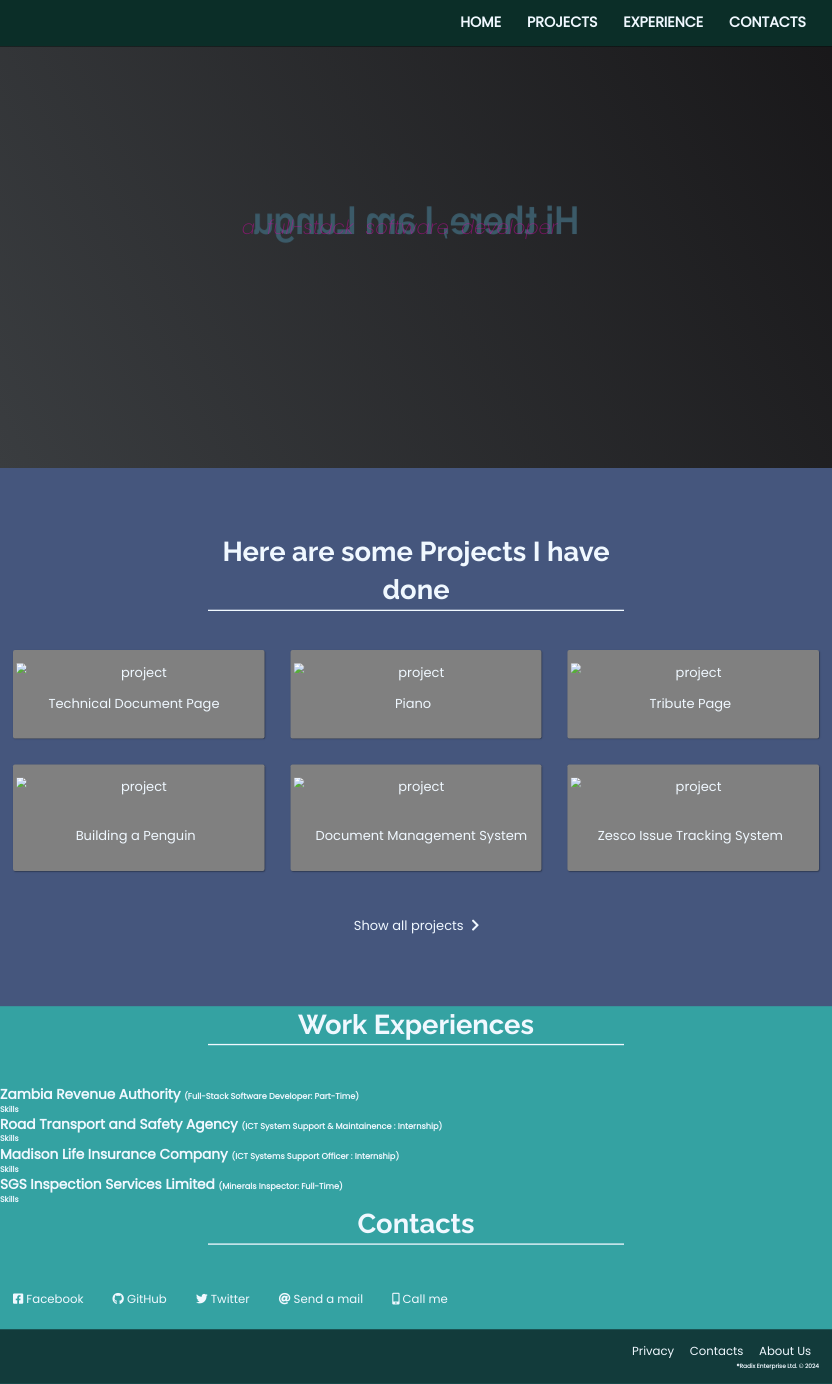
Repository: Lungdjos/personal_portifolio
Page: html/index.html
The author's editor kept a copy of each file at every save. The page is drawn from the files as they stood at one save, then again after the next save.
The browser window is 1280 px wide. The pictures show the whole page, at 65% of full size.
The pointer rests on the first visible `.btn-show-all`.
Some web libraries are served in a nearby version.

Above is the page before, as saved 2024-02-04 00:55:24.

After the next save:
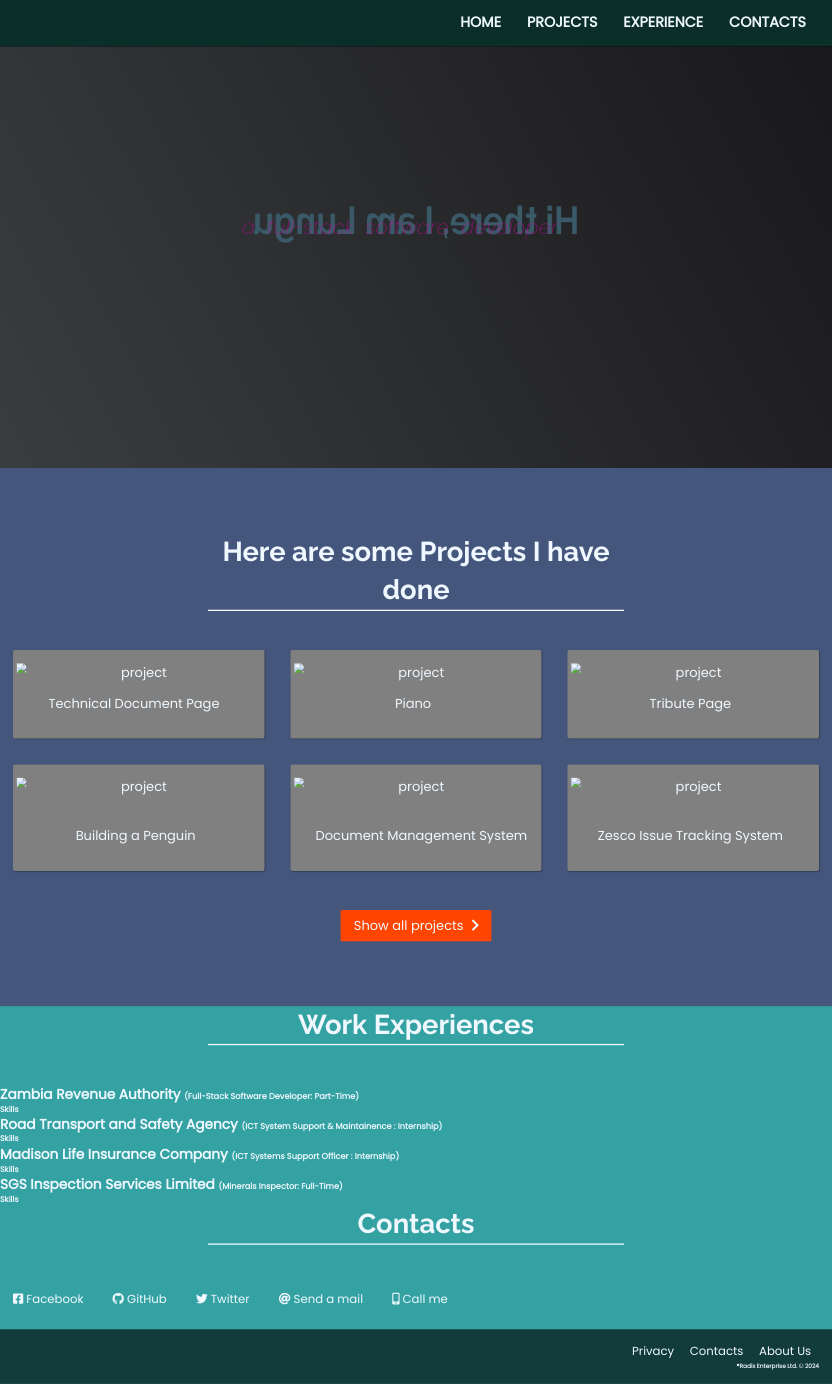
Saved 4 s later.
--- a/css/styles.css
+++ b/css/styles.css
@@ -247,7 +247,7 @@ main>li {
 }
 
 .btn-show-all:hover {
-    background: var(--col);
+    background: var(--colo-3);
 }
 
 .btn-show-all:hover>i {
